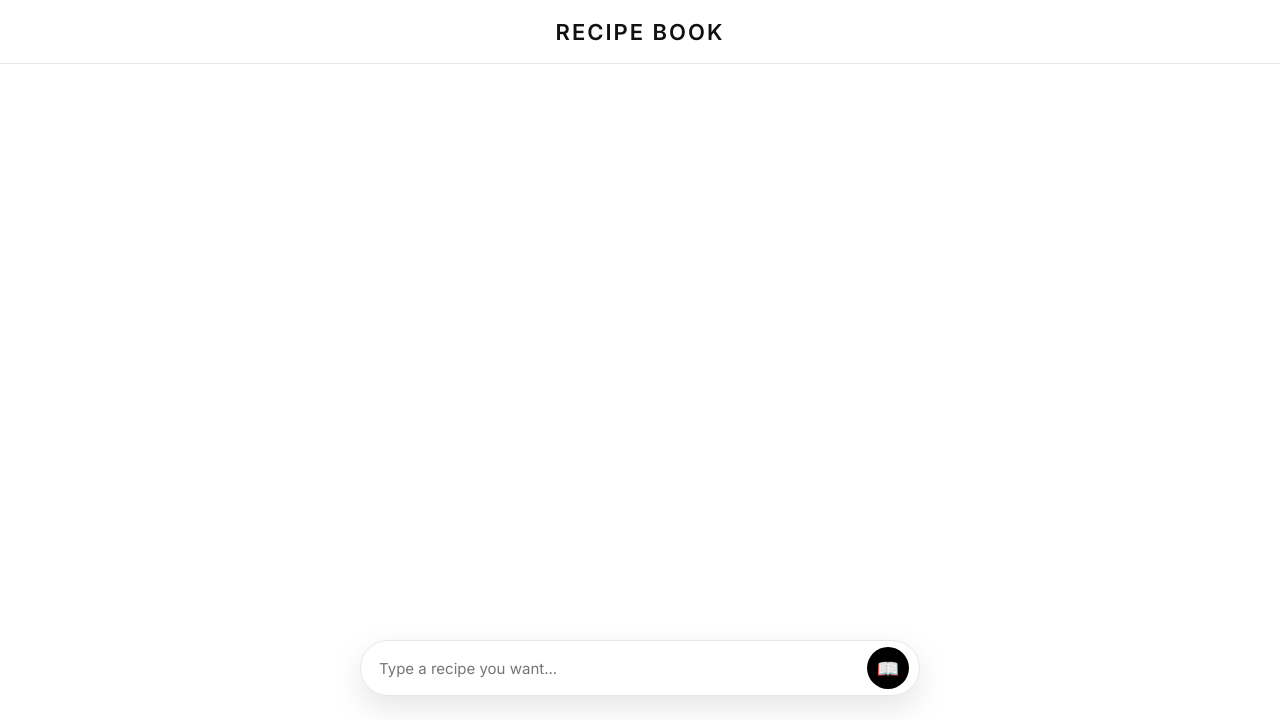
Repository: Tanvir0072309/Recipe-App
Page: /
The author's editor kept a copy of each file at every save. The page is drawn from the files as they stood at one save, then again after the next save.
The browser window is 1280 px wide. The pictures show the whole page.
The project was rebuilt for these pictures with package versions that can differ from the ones it lists, and the page was loaded fresh each time. Also part of the build but not shown: vite.config.js.

Above is the page before, as saved 2026-01-24 14:16:35.

### index.html
<!doctype html>
<html lang="en">
  <head>
    <meta charset="UTF-8" />
    <link rel="icon" type="image/svg+xml" href="/vite.svg" />
    <meta name="viewport" content="width=device-width, initial-scale=1.0" />
    <title>ai-app</title>
  </head>
  <body>
    <div id="root"></div>
    <script type="module" src="/src/index.jsx"></script>
  </body>
</html>

### src/index.jsx
import React from "react";
import ReactDOM from "react-dom/client";
import { Header } from "./components/header";
import { RecipeInput } from "./components/RecipeInput";
import "./index.css";

const root = ReactDOM.createRoot(document.getElementById("root"));

root.render(
    <React.StrictMode>
        <Header />
        <RecipeInput />
    </React.StrictMode>
);

### src/components/header.jsx
import React from "react";
import "../index.css"; // kyunki index.css src me hai

export function Header() {
    return (
        <header className="ai-header">
            <h1 className="app-title">RECIPE BOOK</h1>
        </header>
    );
}

### src/components/RecipeInput.jsx
import React, { useState } from "react";
import "../index.css";

export function RecipeInput() {
    const [text, setText] = useState("");

    const submitHandler = () => {
        if (!text.trim()) return;
        console.log("User asked:", text);
        setText("");
    };

    return (
        <div className="floating-input">
            <input
                type="text"
                placeholder="Type a recipe you want..."
                value={text}
                onChange={(e) => setText(e.target.value)}
            />
            <button onClick={submitHandler} title="Get Recipe">
                📖
            </button>
        </div>
    );
}

### src/index.css
/* ===== GOOGLE FONT ===== */
@import url("https://fonts.googleapis.com/css2?family=Inter:wght@400;500;600;700&display=swap");

/* ===== RESET ===== */
* {
  margin: 0;
  padding: 0;
  box-sizing: border-box;
  font-family: "Inter", system-ui, sans-serif;
}

/* ===== PAGE ===== */
body {
  background: #ffffff;
  color: #111111;
  min-height: 100vh;
}

/* ===== HEADER ===== */
.ai-header {
  height: 64px;
  width: 100%;
  background: #ffffff;

  display: flex;
  align-items: center;
  justify-content: center;
  gap: 12px;

  border-bottom: 1px solid #e5e7eb;
}

.logo-icon {
  font-size: 20px;
  opacity: 0.85;
}

.app-title {
  font-size: 22px;
  font-weight: 600;
  letter-spacing: 2px;
  text-transform: uppercase;
}

/* ===== FLOATING INPUT ===== */
.floating-input {
  position: fixed;
  bottom: 24px;
  left: 50%;
  transform: translateX(-50%);

  width: min(92%, 560px);
  height: 56px;

  background: #ffffff;
  border: 1px solid #e5e7eb;
  border-radius: 999px;

  display: flex;
  align-items: center;
  padding: 8px 10px 8px 18px;

  box-shadow: 0 12px 32px rgba(0, 0, 0, 0.1);
}

/* ===== INPUT ===== */
.floating-input input {
  flex: 1;
  border: none;
  outline: none;
  font-size: 15px;
  background: transparent;
  color: #111111;
}

/* ===== BUTTON ===== */
.floating-input button {
  width: 42px;
  height: 42px;
  border-radius: 50%;
  border: none;

  background: #000000;
  color: #ffffff;
  font-size: 18px;

  cursor: pointer;
  display: flex;
  align-items: center;
  justify-content: center;
}

.floating-input button:hover {
  opacity: 0.9;
}

After the next save:
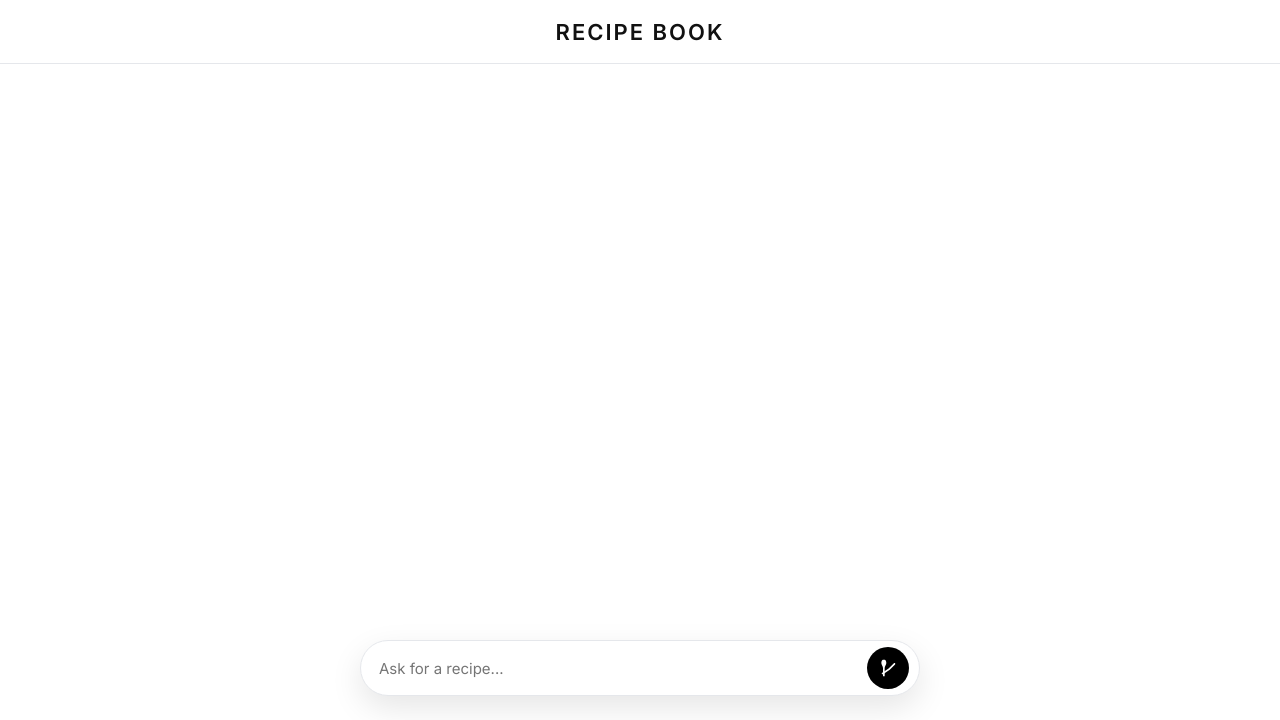
Saved 77 s later.
--- a/src/components/RecipeInput.jsx
+++ b/src/components/RecipeInput.jsx
@@ -1,12 +1,12 @@
-import React, { useState } from "react";
+import { useState } from "react";
 import "../index.css";
 
 export function RecipeInput() {
     const [text, setText] = useState("");
 
-    const submitHandler = () => {
+    const handleSubmit = () => {
         if (!text.trim()) return;
-        console.log("User asked:", text);
+        console.log("User query:", text);
         setText("");
     };
 
@@ -14,12 +14,30 @@ export function RecipeInput() {
         <div className="floating-input">
             <input
                 type="text"
-                placeholder="Type a recipe you want..."
+                placeholder="Ask for a recipe..."
                 value={text}
                 onChange={(e) => setText(e.target.value)}
             />
-            <button onClick={submitHandler} title="Get Recipe">
-                📖
+
+            <button onClick={handleSubmit} aria-label="Submit recipe">
+                {/* SPOON + FORK CROSS SVG */}
+                <svg
+                    width="20"
+                    height="20"
+                    viewBox="0 0 24 24"
+                    fill="none"
+                    xmlns="http://www.w3.org/2000/svg"
+                >
+                    <path
+                        d="M6 2C5 2 4 4 4 6C4 8 6 10 6 12V22H8V12C8 10 10 8 10 6C10 4 9 2 8 2H6Z"
+                        fill="white"
+                    />
+                    <path
+                        d="M14 2C13.5 2 13 2.5 13 3V12L11 22H13L15 12V3C15 2.5 14.5 2 14 2Z"
+                        fill="white"
+                        transform="rotate(45 12 12)"
+                    />
+                </svg>
             </button>
         </div>
     );
